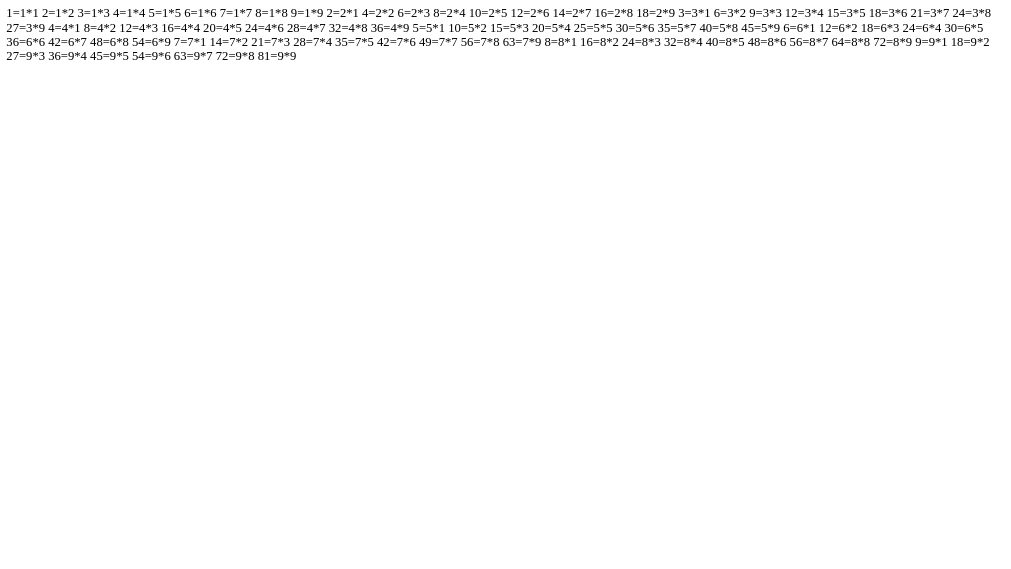
Repository: SuperHamzzi/JSPStudy
Page: http://localhost/JSP01/Gugudan.jsp
An editor plug-in stored every save of this project. The page is shown before and after the next save, followed by the edit.
The browser window is 1280 px wide. The pictures show the whole page, at 79% of full size.
The page is served by Tomcat 9.

Above is the page before, as saved 2023-06-04 03:34:49.

### JSP01/WebContent/Gugudan.jsp
<%@ page language="java" contentType="text/html; charset=EUC-KR"
    pageEncoding="EUC-KR"%>
<!DOCTYPE html>
<html>
<head>
<meta charset="EUC-KR">
<title>Insert title here</title>
</head>
<body>
	<%
	for(int i=1; i<10; i++){
		for(int j=1; j<10; j++){
			%>
			<%= i*j+"="+ i+"*"+j %>


			<%
		}
	}
	%>
</body>
</html>

After the next save:
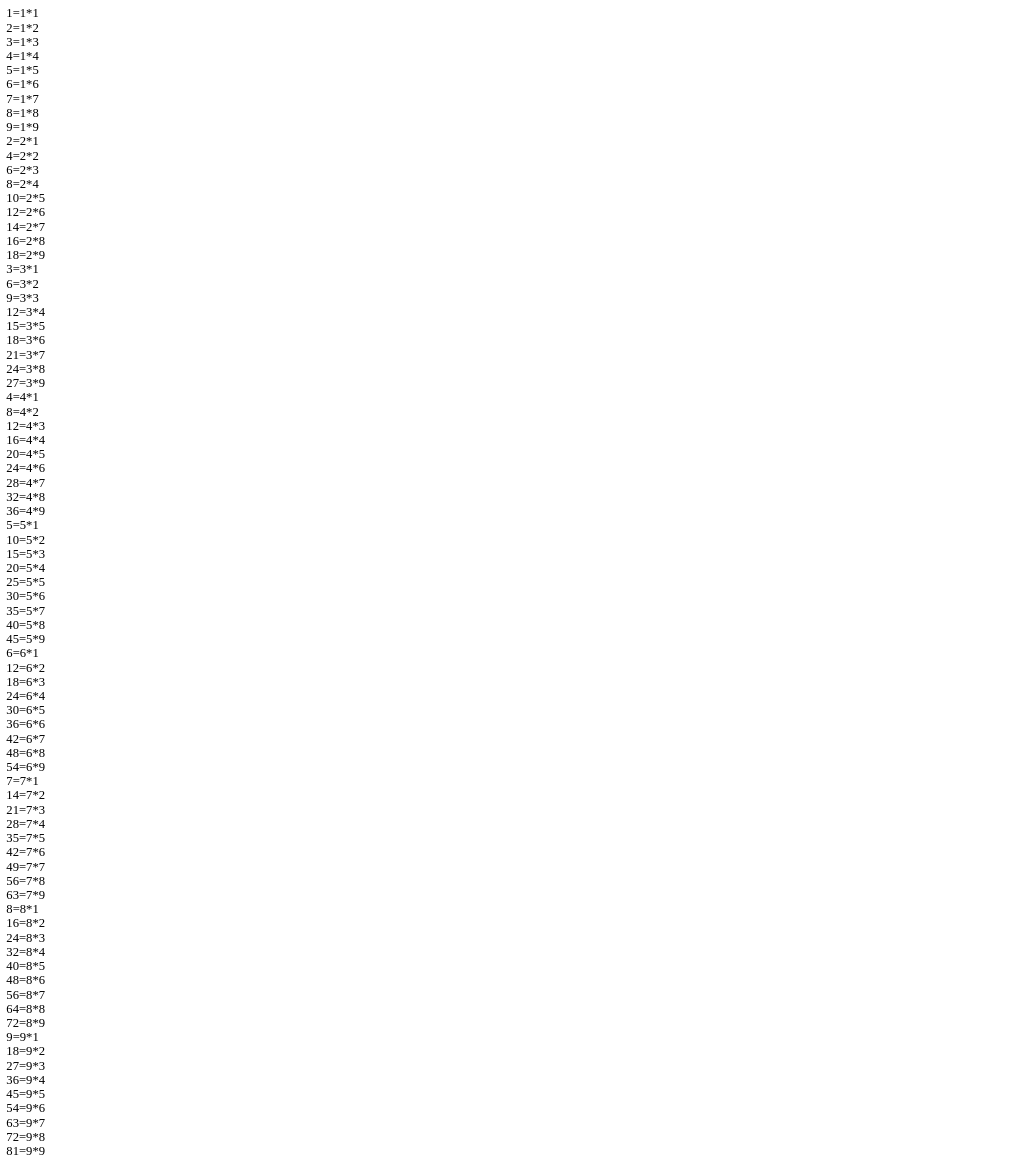
Saved 4 s later.
--- a/JSP01/WebContent/Gugudan.jsp
+++ b/JSP01/WebContent/Gugudan.jsp
@@ -11,7 +11,7 @@
 	for(int i=1; i<10; i++){
 		for(int j=1; j<10; j++){
 			%>
-			<%= i*j+"="+ i+"*"+j %>
+			<%= i*j+"="+ i+"*"+j %><br>
 
 
 			<%
